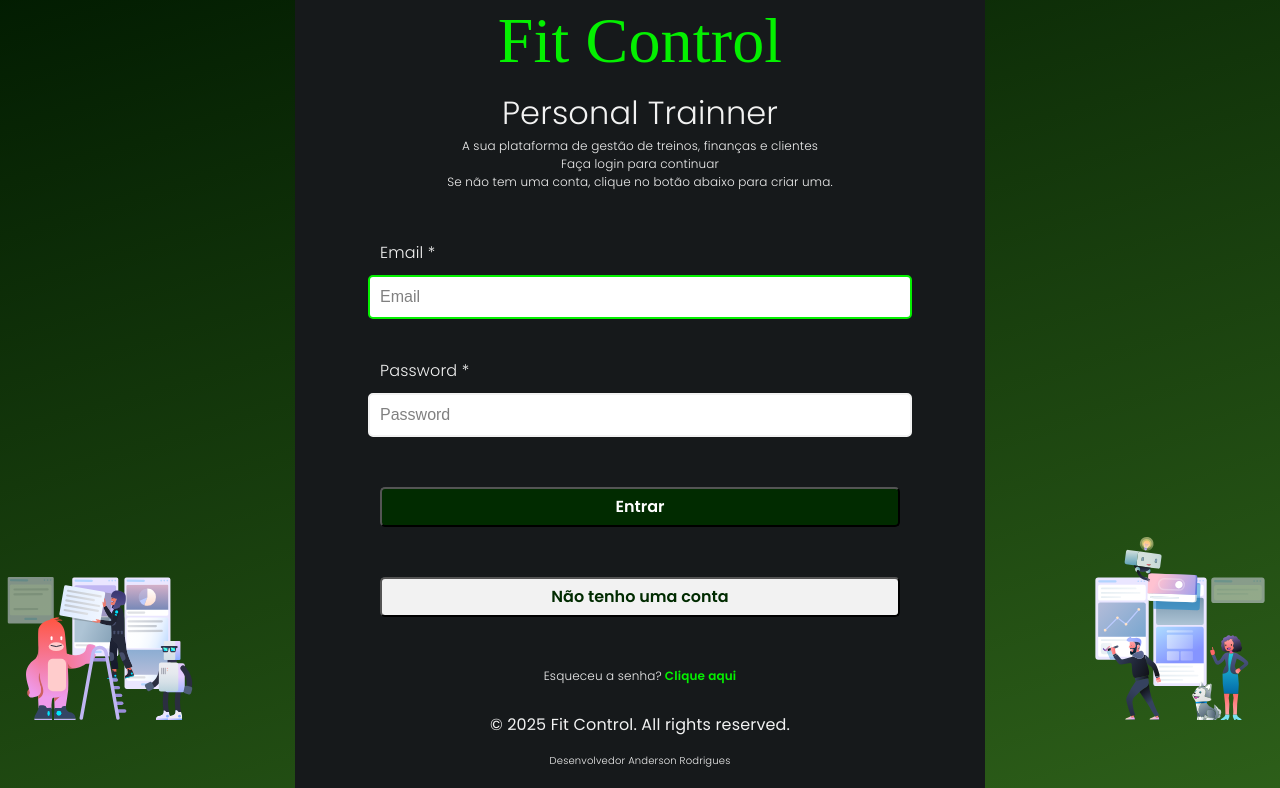
Repository: fit-control/frontend-fit-control
Page: /
An editor plug-in stored every save of this project. The page is shown before and after the next save, followed by the edit.
The browser window is 1280 px wide. The pictures show the whole page.
The page's requests for data from a server got no answer. Some web fonts or font styles are not loaded; a fallback is used. The project was rebuilt for these pictures with package versions that can differ from the ones it lists, and the page was loaded fresh each time. No one was signed in, and anything a server would have sent is missing. Also part of the build but not shown: next.config.js, vite.config.ts, src/components/containerCenterCadastro.tsx, src/pages/About.tsx, src/pages/NotFound.tsx, src/components/AuthRoutes.tsx, src/pages/PaginaTeste.tsx.

Above is the page before, as saved 2025-03-23 19:40:50.

### src/main.tsx
import { StrictMode } from 'react'
import { createRoot } from 'react-dom/client'
import './App.css'
import App from './App.tsx'
import { AuthProvider } from './context/auth.tsx'

createRoot(document.getElementById('root')!).render(
  <StrictMode>
    <AuthProvider>
      <App />
    </AuthProvider>
  </StrictMode>,
)

### src/App.css
@import url('https://fonts.googleapis.com/css2?family=Alike+Angular&family=Platypi:ital,wght@0,300..800;1,300..800&family=Poppins:ital,wght@0,100;0,200;0,300;0,400;0,500;0,600;0,700;0,800;0,900;1,100;1,200;1,300;1,400;1,500;1,600;1,700;1,800;1,900&display=swap');
@import url('https://fonts.googleapis.com/css2?family=Aguafina+Script&family=Alike+Angular&family=Platypi:ital,wght@0,300..800;1,300..800&family=Poppins:ital,wght@0,100;0,200;0,300;0,400;0,500;0,600;0,700;0,800;0,900;1,100;1,200;1,300;1,400;1,500;1,600;1,700;1,800;1,900&display=swap');
/* @tailwind base;
@tailwind components;
@tailwind utilities; */

/* :root {
  --background: #ffffff;
  --foreground: #171717;
}

@media (prefers-color-scheme: light) {
  :root {
    --background: #0a0a0a;
    --foreground: #ededed;
  }
} */

body {
  padding: 0;
  margin: 0;
  font-family: Poppins, sans-serif;
  font-size: 16px;
  line-height: 1.5;
  font-weight: 400;
  width: 100vw;
  height: 100vh;
  letter-spacing: 0.01em;
  display: flex;
  justify-content: center;
  align-items: center;

  .iconPageLeft {
    position: absolute;
    left: 0;
    bottom: 0;
    max-width: 400px;
    max-height: 400px;

    @media (max-width: 1480px) {
      max-width: 300px;
      max-height: 300px;
    }
    @media (max-width: 1280px) {
      max-width: 200px;
      max-height: 200px;
    }
    @media (max-width: 930px) {
      display: none;
    }
  }
  .iconPageRight {
    position: absolute;
    right: 0;
    bottom: 0;
    max-width: 400px;
    max-height: 400px;

    @media (max-width: 1480px) {
      max-width: 300px;
      max-height: 300px;
    }

    @media (max-width: 1280px) {
      max-width: 200px;
      max-height: 200px;
    }
    @media (max-width: 930px) {
      display: none;
    }
  }

  .containerLogin {
    width: 650px;
    min-height: calc(100vh - 40px);
    display: flex;
    flex-direction: column;
    justify-content: space-between;
    padding: 20px;
    align-items: center;
    background-color: #16191B;

    @media (max-width: 930px) {
      width: calc(100vw - 40px);
      overflow: hidden;
    }
    .divTitle {
      margin-top: 40px;
      display: flex;
      flex-direction: column;
      align-items: center;
      justify-content: center;
      margin-bottom: 50px;

      h1 {
        margin: 0;
        color: #04F000;
        font-family: 'Aguafina Script', cursive;
        font-size: 4rem;
        font-weight: 400;
      }
      h3 {
        margin: 0;
        color: #F2F2F2;
        font-family: 'Poppins', sans-serif;
        font-size: 2rem;
        font-weight: 300;
      }
      p {
        color: #F2F2F2;
        font-size: 12px;
        font-weight: 300;
        margin: 0;
        text-align: center;
        display: flex;
      }
    }
    p {
      text-align: center;
      display: flex;
      color: #F2F2F2;
    }
    footer {
      display: flex;
      flex-direction: column;
      align-items: center;
      justify-content: center;

      .assignDeveloper {
        margin: 0%;
        color: #F2F2F2;
        font-size: 10px;
        font-weight: 300;
      }
    }

    .centerCard {
      display: flex;
      flex-direction: column;
      align-items: center;
      justify-content: center;
      gap: 40px;
      width: -webkit-fill-available;


      div {
        width: 100%;
        display: flex;
        flex-direction: column;
        align-items: center;
        gap: 10px;
        justify-content: center;
      }
      select {
        width: 84%;
        border-radius: 5px;
        height: 40px;
        margin: 10px;
      }
      input {
        width: 80%;
        height: 40px;
        border: 2px solid #F2F2F2;
        border-radius: 5px;
        padding: 0 10px;
        /* background-color: #16191B; */
        color: #16191B;
        font-size: 16px;
        font-weight: 300;
        outline: none;
        transition: all 0.3s ease;
        &::placeholder {
          color: gray;
          font-size: 16px;
          font-weight: 400;
        }
        &:focus {
          border-color: #04F000;
        }
      }
      .input-error {
        border: 2px solid red !important;
      }
      .input-text-error {
        margin: 0;
        color: red !important;
        font-weight: 300 !important;
      }
      label {
        color: #F2F2F2;
        font-size: 16px;
        font-weight: 300;
        display: flex;
        justify-content: flex-start;
        width: 80%;
      }
      button {
        width: 80%;
        height: 40px;
        border-radius: 5px;
        padding: 0 10px;
        font-family: 'Poppins', sans-serif;
        font-size: 16px;
        font-weight: 600;
        outline: none;
        transition: all 0.3s ease;
      }
      .button1{
        background-color: #012B00 !important;
        color: #FFFFFF !important;
      }
      .button1:hover{
        border: 2px solid #04F000;
        transition: all 0.4s ease-in-out;
      }
      .registerButton {
        background-color: #F2F2F2;
        color: #012B00;
        font-family: 'Poppins', sans-serif;
        font-size: 16px;
        font-weight: 600;
        outline: none;
        transition: all 0.3s ease;
        margin-top: 10px;

      }
      .registerButton:hover {
        background-color: #012B00;
        text-decoration: underline;
        color: #F2F2F2;
        border: 2px solid #04F000;
        cursor: pointer;
        transition: all 0.4s ease-in-out;
      }
      .registerLink {
        color: #04F000;
        font-weight: 600;
      }
      .tagRegister {
        margin-top: 10px;
        font-size: 12px;
        font-weight: 300;
        gap: 3px;
        cursor: pointer;
      }
      .registerLink {
        color: #04F000;
        font-weight: 600;
        text-decoration: none;
      }
      .registerLink:hover {
        text-decoration: underline;
      }
    }
  }
}

### src/App.tsx
import './App.css'
import Home from './pages/Home'
import About from './pages/About';
import NotFound from './pages/NotFound';
import { BrowserRouter as Router, Route, Routes } from "react-router-dom";
import AuthRoutes from './components/AuthRoutes';
import PaginaTeste from './pages/PaginaTeste';

function App() {

  return (
    <Router>
      <div>
      <Routes>
        <Route index element={<Home />} />
        <Route path="/cadastro" element={<Home />}/>
          <Route element={<AuthRoutes />}>
            <Route path="/pagina-teste" element={<PaginaTeste />}/>
          </Route>
          <Route path="/about" element={<About />} />
        <Route path="*" element={<NotFound />} />
      </Routes>
      </div>
    </Router>
  );
}

export default App

### src/context/auth.tsx
import React, { createContext, useContext, useState, useEffect, useCallback } from "react";
import axios from "axios";
import api from "../api/api";

interface User {
  id: string;
  email: string;
  password: string;
  name: string;
  role: string;
}

interface AuthContextType {
  user: User | null;
  login: (email: string, password: string) => Promise<User>;
  logout: () => void;
  isAuthenticated: boolean;
}

// Criação do contexto
const AuthContext = createContext<AuthContextType>({
  user: {
    id: '',
    email: '',
    password: '',
    name: '',
    role: ''
  },
  login: async () => ({
    id: '',
    email: '',
    password: '',
    name: '',
    role: ''
  }),
  logout: () => {},
  isAuthenticated: false
});

// Provider do contexto de autenticação
export const AuthProvider = ({ children }: { children: React.ReactNode }) => {
  const [user, setUser] = useState<User | null>(null);
  const [isAuthenticated, setIsAutenticatad] = useState<boolean>(false);

  const logout = () => {
    setIsAutenticatad(false);
    setUser(null);
    localStorage.removeItem("token");
    delete axios.defaults.headers.common["Authorization"];
  };

  const fetchUserData = useCallback(async (authToken: string) => {
    try {
      const response = await axios.get("/auth/me", {
        headers: { Authorization: `Bearer ${authToken}` },
      });
      setUser(response.data);
    } catch (error) {
      console.error("Erro ao buscar dados do usuário:", error);
      logout();
    }
  }, []);

  useEffect(() => {
    // Verifica se há um token salvo no localStorage ao carregar a aplicação
    const storedToken = localStorage.getItem("token");
    if (storedToken) {
      setIsAutenticatad(true);
      axios.defaults.headers.common["Authorization"] = `Bearer ${storedToken}`;
      fetchUserData(storedToken); // Busca os dados do usuário autenticado
    }
  }, [fetchUserData]);

  const login = async (email: string, password: string): Promise<User> => {
    console.log("Iniciando login com:", email, password);

    try {
      const response = await api.post("/api/login", { email, password });
      console.log("Resposta da API:", response.data);

      const { token } = response.data;

      if(token)setIsAutenticatad(true);
      localStorage.setItem("token", token);
      axios.defaults.headers.common["Authorization"] = `Bearer ${token}`;

      const fakeUser: User = {
        id: "123",
        email,
        password,
        name: "Usuário Fake",
        role: "Admin",
      };

      setUser(fakeUser);
      console.log("Usuário autenticado:", fakeUser);
      console.log(isAuthenticated)

      return fakeUser;
    } catch (error) {
      console.warn("Erro no login:", error);
      throw error; // Re-lança o erro para ser tratado pelo componente
    }
  };



  return (
    <AuthContext.Provider value={{ user, isAuthenticated, login, logout }}>
         {children}
    </AuthContext.Provider>
  );
};

// Hook para consumir o contexto
export const useAuth = () => useContext(AuthContext);

### src/pages/Home.tsx
import ContainerCenterCadastro from "../components/containerCenterCadastro";
import ContainerCenterLogin from "../components/containerCenterLogin";
import { useLocation } from "react-router-dom";

function Home() {
  const location = useLocation();
  return (
    <div className="items-center justify-items-center min=w-screen flex fundo_login" style={{
      width: '100vw',
      background: 'linear-gradient(343deg, rgba(22, 77, 0, 0.9), rgba(0, 25, 0, 10.9))'
    }}>
       {location.pathname === "/cadastro" ? <ContainerCenterCadastro /> : <ContainerCenterLogin />}
    </div>
  );
}
export default Home;

### src/api/api.ts
import axios from "axios";

const baseURL = import.meta.env.VITE_BASE_URL; // Use import.meta.env
const api = axios.create({
  baseURL: baseURL, // URL base da API
  timeout: 5000, // Tempo limite para requisições
  headers: { "Content-Type": "application/json" }, // Cabeçalhos padrão
});

// Interceptor para adicionar o token de autenticação nas requisições
api.interceptors.request.use(
    (config) => {
      // Recuperar o token do localStorage (ou outra fonte)
      const token = localStorage.getItem("token");

      if (token) {
        // Adicionar o token no cabeçalho da requisição
        config.headers.Authorization = `Bearer ${token}`;
      }

      // Retornar a configuração modificada
      return config;
    },
    (error) => {
      // Tratar erros na configuração da requisição
      console.error("Erro ao configurar a requisição:", error);
      return Promise.reject(error);
    }
  );

  // Interceptor para tratar respostas da API
  api.interceptors.response.use(
    (response) => {
      // Aqui você pode processar a resposta antes de retornar os dados
      console.log("Resposta bem-sucedida:", response);
      return response;
    },
    (error) => {
      // Tratar erros de resposta (ex.: erro 401 ou 500)
      if (error.response) {
        console.error("Erro na resposta da API:", error.response.data);

        // Exemplo: Redirecionar para login em caso de erro 401 (não autorizado)
        if (error.response.status === 401) {
          console.log("Token expirado. Redirecionando para login...");
          window.location.href = "/";
        }
      } else {
        console.error("Erro na requisição:", error.message);
      }

      return Promise.reject(error);
    }
  );

export default api;

### src/components/containerCenterLogin.tsx
// import { useAuth } from "../context/auth";
import { useState } from "react";
import { useNavigate } from "react-router-dom";
import { ToastContainer, } from "react-toastify";
import "react-toastify/dist/ReactToastify.css";
import { useForm } from 'react-hook-form'

type TFormData = {
  email: string
  password: string
}
const ContainerCenterLogin = () => {
  // const { login } = useAuth();
  const navigate = useNavigate();
  // const [email, setEmail] = useState('');
  // const [password, setPassword] = useState('');
  const [loading, ] = useState(false);

  // const handleLogin = async () => {
  //   setLoading(true);
  //   console.log("CLICOU"); // Certifique-se de que o botão foi clicado
  //   try {
  //     console.log("BUSCANDO...");
  //     console.log("Email:", email, "Password:", password); // Log dos dados enviados
  //     const data = await login(email, password); // Chamada do login
  //     toast.success(`Bem vindo ${data.name}!!`)
  //     setTimeout(() => {
  //       navigate('/pagina-teste')
  //     }, 3000)
  //     console.log("Data retornada do login:", data); // Log dos dados retornados
  //   // eslint-disable-next-line @typescript-eslint/no-unused-vars
  //   } catch (error) {
  //     toast.error("Erro ao fazer login. Verifique suas credenciais.")
  //   }finally{
  //     setLoading(false);
  //   }
  // };

  const [errorMessage, ] = useState<string | undefined>(
    undefined,
  )

  const {
    handleSubmit,
    register,
    reset,
    formState: { errors}
  } = useForm<TFormData>({
    mode: 'onSubmit',
  })
  console.log("errors: ", errors)

  // useEffect(() => {
  //   const savedCredentials = getDadosProfileLocalStorage()
  //   if (savedCredentials) {
  //     try {
  //       const { user, password } = savedCredentials
  //       setValue('user', user)
  //       setValue('password', password)
  //     } catch (error) {
  //       console.error('Failed to parse saved credentials:', error)
  //     }
  //   }
  // }, [setValue])

  const handleFormSubmit = async ({ email, password }: TFormData) => {
    console.log("Submit do formulário", email, password)
    // setLoading(true);
    // // const credentials = { user, password }
    // // setDadosProfileLocalStorage(credentials)

    // try {
    //   const response = await login(email, password)
    //   if (response) {
    //     toast.success(`Seja bem vindo ${response.name}! login realizado com sucesso.`)
    //     setTimeout(() => {navigate('/pagina-teste')}, 1000)
    //   }
    // } catch (error) {
    //   // setFocus('email')
    //   // setFocus('password')
    //   toast.error('Email ou senha inválidos. Tente novamente.')
    //   if (error instanceof Error) setErrorMessage(error.message)
    //     setTimeout(() => {
    //       setErrorMessage(() => '')
    //     }, 2000)
    // }finally{
    //   setLoading(false);
    // }
  }
  return (
    <form style={{
      width: '100vw',
      justifyContent: "center",
      display: "flex",
    }} onSubmit={handleSubmit((data) => handleFormSubmit(data), (errors) => console.log("ERROR: ", errors))}>
      <img src="/trello-right.e6e102c7 (1).svg" alt="iconPageLeft" className="iconPageLeft" />
        <main className="containerLogin">
        <div className="divTitle">
          <h1 className="title">Fit Control</h1>
          <h3 className="subtitle">Personal Trainner</h3>
          <p className="description">A sua plataforma de gestão de treinos, finanças e clientes</p>
          <p className="description">Faça login para continuar</p>
          <p className="description">Se não tem uma conta, clique no botão abaixo para criar uma.</p>

        </div>
        <div className="centerCard">
          <div >
            <label htmlFor="email" style={{ color: errorMessage ? "red" : ""}}>Email *</label>
            <input
              type="text"
              placeholder="Email"
              {...register('email', {
                required: true,
                pattern: {
                  value: /^[a-zA-Z0-9._%+-]+@[a-zA-Z0-9.-]+\.[a-zA-Z]{2,}$/,
                  message: 'Email inválido',

                }
              })}
              autoFocus
              className={errors?.email && "input-error"}
            />
            {errors.email && (
            <p className={errors.email && "input-text-error"}>{errors.email.type}</p>
          )}
          </div>

          <div>
            <label htmlFor="password" style={{ color: errorMessage ? "red" : ""}}>Password *</label>
            <input
              type="password"
              placeholder="Password"
              {...register('password', {
                required: true,

              })}
              className={errors?.password && "input-error"}
            />
          </div>
          <button disabled={loading} type="submit" className="registerButton button1" >
            {loading ? 'Carregando...' : 'Entrar'}
          </button>
          <button className="registerButton" type="button" onClick={(e) => {
            e.preventDefault(); // Impede a ação padrão do botão
            setTimeout(() => {
              navigate('/cadastro');
              reset(); // Reseta o formulário
            }, 200);
          }}>Não tenho uma conta</button>
          <p className="tagRegister">Esqueceu a senha? <a onClick={(e) => {
            e.preventDefault(); // Impede a ação padrão do botão
            setTimeout(() => {
              navigate('/recuperar-senha');
              reset(); // Reseta o formulário
            }, 1000);
          }} className="registerLink">Clique aqui</a></p>
        </div>

        <footer className="">
          <p className="">
            &copy; {new Date().getFullYear()} Fit Control. All rights reserved.
          </p>
          <p className="assignDeveloper">Desenvolvedor Anderson Rodrigues</p>
        </footer>
      </main>
      <img src="/trello-left.4f52d13c (1).svg" alt="iconPageRight" className="iconPageRight" />
      <ToastContainer />
    </form>
  );
};

export default ContainerCenterLogin;

Loaded but not shown: index.html (common file); tailwind.config.js (common file)

After the next save:
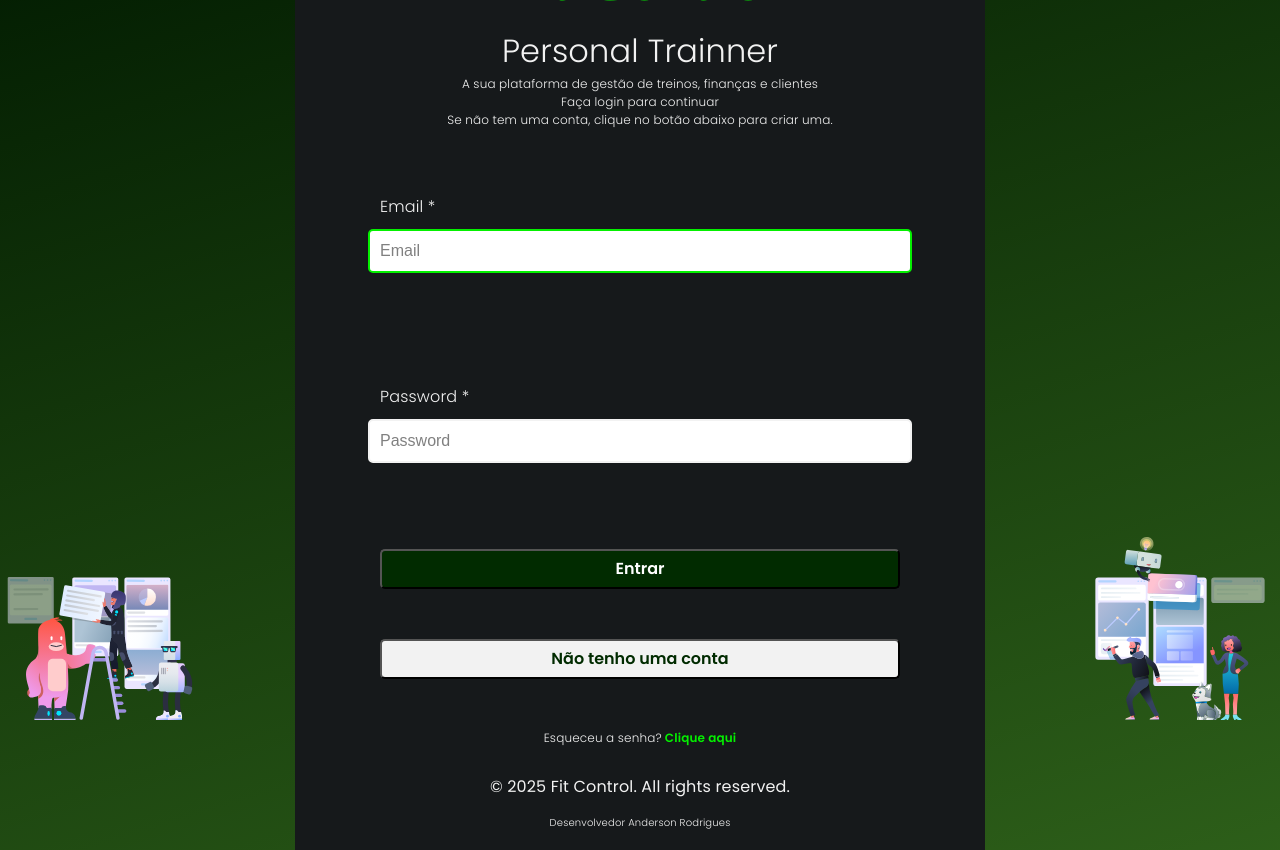
Saved 3 min 0 s later.
--- a/src/App.css
+++ b/src/App.css
@@ -90,7 +90,7 @@ body {
       flex-direction: column;
       align-items: center;
       justify-content: center;
-      margin-bottom: 50px;
+      margin-bottom: 30px;
 
       h1 {
         margin: 0;
@@ -149,6 +149,7 @@ body {
         flex-direction: column;
         align-items: center;
         gap: 10px;
+        height: 150px;
         justify-content: center;
       }
       select {
